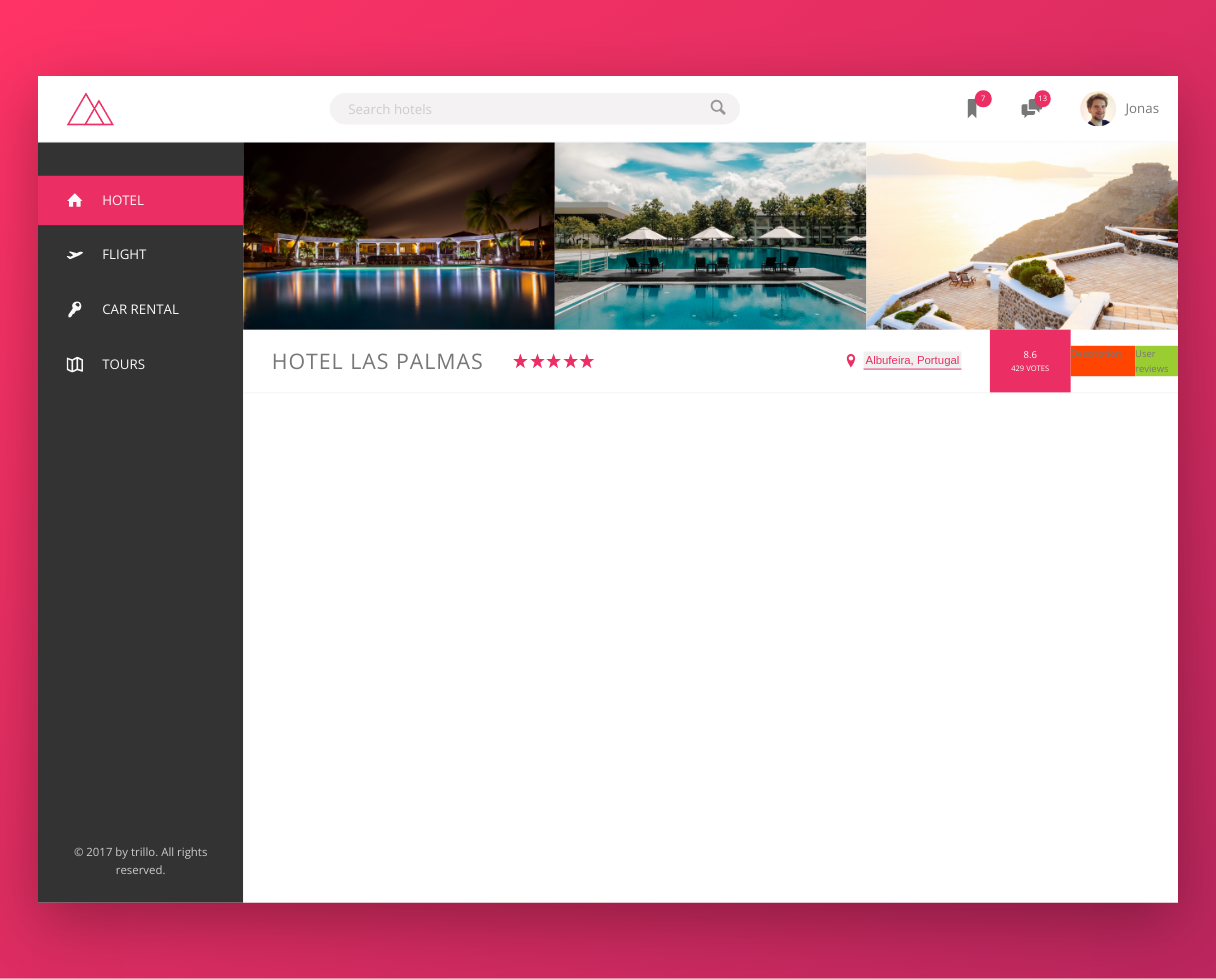
Repository: MalgorzataMazur/Trillo
Page: index.html
These files come from the project's save history. The page is drawn as it stood at one moment and after the next save; the edit follows.
The browser window is 1280 px wide. The pictures show the whole page, at 95% of full size.
The style sheet was rebuilt from its Sass, Less or Tailwind sources for each picture, by a compiler version that may differ from the author's.

Above is the page before, as saved 2020-03-27 18:13:19.

### index.html
<!DOCTYPE html>
<html lang="en">
    <head>
        <meta charset="UTF-8">
        <meta name="viewport" content="width=device-width, initial-scale=1.0">

        <link href="https://fonts.googleapis.com/css?family=Open+Sans:300,400,600" rel="stylesheet">
        <link rel="stylesheet" href="css/style.css">
        <link rel="shortcut icon" type="image/png" href="img/favicon.png">

        <title>trillo &mdash; Your all-in-one booking app</title>
    </head>
    <body>
        <div class="container">
            <header class="header">
                <img src="img/logo.png" alt="trillo logo" class="logo">

                <form action="#" class="search">
                    <input type="text" class="search__input" placeholder="Search hotels">
                    <button class="search__button">
                        <svg class="search__icon">
                            <use xlink:href="img/sprite.svg#icon-magnifying-glass"></use> <!--include svg -->
                        </svg>
                    </button>
                </form>

                <nav class="user-nav">
                    <div class="user-nav__icon-box">
                        <svg class="user-nav__icon">
                            <use xlink:href="img/sprite.svg#icon-bookmark"></use>
                        </svg>
                        <span class="user-nav__notification">7</span>
                    </div>
                    <div class="user-nav__icon-box">
                        <svg class="user-nav__icon">
                            <use xlink:href="img/sprite.svg#icon-chat"></use>
                        </svg>
                        <span class="user-nav__notification">13</span>
                    </div>
                    <div class="user-nav__user">
                        <img src="img/user.jpg" alt="User photo" class="user-nav__user-photo">
                        <span class="user-nav__user-name">Jonas</span>
                    </div>
                </nav>
            </header>
            <div class="content">
                <nav class="sidebar">
                    <ul class="side-nav">
                        <li class="side-nav__item side-nav__item--active">
                            <a href="#" class="side-nav__link">
                                <svg class="side-nav__icon">
                                    <use xlink:href="img/sprite.svg#icon-home"></use>
                                </svg>
                                <span>Hotel</span>
                            </a>
                        </li>
                        <li class="side-nav__item">
                            <a href="#" class="side-nav__link">
                                <svg class="side-nav__icon">
                                    <use xlink:href="img/sprite.svg#icon-aircraft-take-off"></use>
                                </svg>
                                <span>Flight</span>
                            </a>
                        </li>
                        <li class="side-nav__item">
                            <a href="#" class="side-nav__link">
                                <svg class="side-nav__icon">
                                    <use xlink:href="img/sprite.svg#icon-key"></use>
                                </svg>
                                <span>Car rental</span>
                            </a>
                        </li>
                        <li class="side-nav__item">
                            <a href="#" class="side-nav__link">
                                <svg class="side-nav__icon">
                                    <use xlink:href="img/sprite.svg#icon-map"></use>
                                </svg>
                                <span>Tours</span>
                            </a>
                        </li>
                    </ul>

                    <div class="legal">
                        &copy; 2017 by trillo. All rights reserved. <!-- html entity -->
                    </div>
                </nav>


                <main class="hotel-view">
                    <div class="gallery">
                        <figure class="gallery__item">
                            <img src="img/hotel-1.jpg" alt="Photo of hotel 1" class="gallery__photo">
                        </figure>
                        <figure class="gallery__item">
                            <img src="img/hotel-2.jpg" alt="Photo of hotel 2" class="gallery__photo">
                        </figure>
                        <figure class="gallery__item">
                            <img src="img/hotel-3.jpg" alt="Photo of hotel 3" class="gallery__photo">
                        </figure>
                    </div>

                    <div class="overview">
                        <h1 class="overview__heading">
                            Hotel Las Palmas
                        </h1>

                        <div class="overview__stars">
                            <svg class="overview__icon-star">
                                <use xlink:href="img/sprite.svg#icon-star"></use>
                            </svg>
                            <svg class="overview__icon-star">
                                <use xlink:href="img/sprite.svg#icon-star"></use>
                            </svg>
                            <svg class="overview__icon-star">
                                <use xlink:href="img/sprite.svg#icon-star"></use>
                            </svg>
                            <svg class="overview__icon-star">
                                <use xlink:href="img/sprite.svg#icon-star"></use>
                            </svg>
                            <svg class="overview__icon-star">
                                <use xlink:href="img/sprite.svg#icon-star"></use>
                            </svg>
                        </div>

                        <div class="overview__location">
                            <svg class="overview__icon-location">
                                <use xlink:href="img/sprite.svg#icon-location-pin"></use>
                            </svg>
                            <button class="btn-inline">Albufeira, Portugal</button>
                        </div>

                        <div class="overview__rating">
                            <div class="overiew__rating-average">8.6</div>
                            <div class="overview__rating-count">429 votes</div>
                        </div>

                    <div class="detail">
                        <div class="description">
                             Description
                        </div>

                        <div class="user-reviews">
                            User reviews
                        </div>
                    </div>

                </main>
            </div>

        </div>
    </body>
</html>

### sass/_base.scss
//variable will be avuialable for entire documents here, global parent of elelemnt
:root { //root pseudoclass the same like ktml but higher specifity //css custom proiperties variables I use here define in declaration bloxk remember
    --color-primary: #eb2f64;
    --color-primary-light: #FF3366;
    --color-primary-dark: #BA265D;

    --color-grey-light-1: #faf9f9;
    --color-grey-light-2: #f4f2f2;
    --color-grey-light-3: #f0eeee;
    --color-grey-light-4: #ccc;

    --color-grey-dark-1: #333;
    --color-grey-dark-2: #777;
    --color-grey-dark-3: #999;

    --shadow-dark: 0 2rem 6rem rgba(0,0,0,.3);

}

* { //first global settings *,htm, body
    margin: 0;
    padding: 0;
}

*,
*::before,
*::after {
    box-sizing: inherit;
}

html {
    box-sizing: border-box;
    font-size: 62.5%; //1rem = 10px, 10px/16px = 62.5%
}

body {
    font-family: 'Open Sans', sans-serif;
    font-weight: 400;
    line-height: 1.6;
    color: var(--color-grey-dark-2);
    background-image: linear-gradient(to right bottom, var(--color-primary-light), var(--color-primary-dark)); //gradient from the left top cornet to right bottom corner
    background-size: cover;
    background-repeat: no-repeat; //default is repeat in css

    min-height: 100vh; //min height but if height can be bigger than that will be simply bigger
}

### sass/_layout.scss
.container {
    max-width: 120rem; //container can decrease if hasn't got enough enough space to display our 120rem,;inaczej 1200px i jesli mniej to zajmie 100% szerokosci portu
    margin: 8rem auto;
    background-color: var(--color-grey-light-1);
    box-shadow: var(--shadow-dark);

    min-height: 50rem;
}

.header {
    font-size: 1.4rem;
    height: 7rem;
    background-color: #fff;
    border-bottom: 1px solid var(--color-grey-light-2);

    display: flex; //cause it is parent element
    justify-content: space-between; // divide empty space between 3 elements
    align-items: center; //wzdłuż osi poprzecznej center
}

.content {
    display: flex;
}

.sidebar {
    background-color: var(--color-grey-dark-1);

    flex: 0 0 18%; //don't want to grow & shrink & we want 18% of width; automatic wil be

    display: flex;
    flex-direction: column; //change the direction of the main axis from left to right to top to bottom
    justify-content: space-between;
}

.hotel-view {
    background-color: #fff;
    ////test
    height: 80rem;

    flex: 1; //by using flex 1 element should grow as much as that can; na tyle ile ma przestrzeni
}

.detail {
    display: flex;
}

.description {
    background-color: orangered;
    flex: 0 0 60%;
}

.user-reviews {
    background-color: yellowgreen;
}

### sass/_components.scss
/////////////////////////////////
////LOGO
.logo {
    height: 3.5rem;
    margin-left: 3rem;
}



/////////////////////////////////
////SEARCH
.search {
    flex: 0 0 40%; //grow shrink occupy

    display: flex;//flex item is becoming flex container,; we center loop icon btn
    align-items: center; //center elem along the cross axis
    justify-content: center; //center elem along the main axis

    &__input {
        font-family: inherit;
        font-size: inherit;
        color: inherit;
        background-color: var(--color-grey-light-2);
        border: none;
        border-radius: 100px;
        padding: .7rem 2rem;
        width: 90%;
        transition: all .2s;
        margin-right: -3.25rem; //this way the btn move on top of input

        &:focus {
            outline: none;
            width: 100%;
            background-color: var(--color-grey-light-3);
        }

        &::-webkit-input-placeholder {
            font-weight: 100;
            color: var(--color-grey-light-4);
        }
    }

    &__input:focus + &__button { //sibling, adjust element; the same backgr color
        background-color: var(--color-grey-light-3);
    }

    &__button {
        border: none;
        background-color: var(--color-grey-light-2);

        &:focus {
            outline: none;
        }

        &:active {
            transform: translate(2px);
        }
    }

    &__icon {
        height: 2rem;
        width: 2rem;
        fill: var(--color-grey-dark-3);
}
}



/////////////////////////////////
////USER NAVIGATION
.user-nav {
    align-self: stretch; //żeby one sie rozciagaly, is like align items but for one individual item; ovverite in header align item center

    display: flex; //flex item on the sam etime is flex container
    align-items: center;

    & > * {
        padding: 0 2rem;
        cursor: pointer;
        display: flex;
        height: 100%;
        align-items: center; //when we hoover thy arent on the top; vertical align
   }

    & > *:hover {
        background-color: var(--color-grey-light-2);
    }

    &__icon-box {
        position: relative;
    }

    &__icon {
        height: 2.25rem;
        width: 2.25rem;
        fill: var(--color-grey-dark-2);
    }

    &__notification {
        font-size: .8rem;
        height: 1.75rem;
        width: 1.75rem;
        border-radius: 50%;
        background-color: var(--color-primary);
        color: #fff;
        position: absolute; //parent elememnt is iconbox relative
        top: 1.5rem;
        right: 1.1rem;

        display: flex;
        justify-content: center;
        align-items: center;
    }

    &__user-photo {
        height: 3.75rem;
        border-radius: 50%;
        margin-right: 1rem;
    }
}



/////////////////////////////////
////SIDE NAVIGATION
.side-nav {
    font-size: 1.4rem;
    list-style: none;
    margin-top: 3.5rem;

    &__item {
        position: relative;

        &:not(:last-child) { //all the items except the last one
            margin-bottom: .5rem;
        }
    }

    &__item::before { //line becpmes invisible which then expands to the right side
        content: "";
        position: absolute;
        top: 0;
        left: 0;
        height: 100%;
        width: 3px;
        background-color: var(--color-primary);
        transform: scaleY(0); //normal state without any hover
        transition: transform .2s, //first transform ghappens during .2s & we wait this time .2s until we start transitioning the width .4s
                    width .4s cubic-bezier(1,0,0,1) .2s,
                    background-color .1s; //we can set diffrent settings for diffrent properties. we can have the staged animations where first the transform happens then the width
    }

    &__item:hover::before,
    &__item--active::before {
        transform: scaleY(1); //only occurs Y direction from top to bottom
        width: 100%;
    }

    &__item:active::before {
        background-color: var(--color-primary-light);
    }

    &__link:link,
    &__link:visited {
        color: var(--color-grey-light-1);
        text-decoration: none;
        text-transform: uppercase;
        display: block;
        padding: 1.5rem 3rem;
        position: relative; //on top of the before elem after hover

        display: flex;
        align-items: center; //ikony równo z napisem z listy
    }

    &__icon {
        width: 1.75rem;
        height: 1.75rem;
        margin-right: 2rem;
        fill: currentColor; //means color ofthe current elelemnt or the parent element
    }
}



/////////////////////////////////
////LEGAL TEXT
.legal {
    font-size: 1.2rem;
    color: var(--color-grey-light-4);
    text-align: center;
    padding: 2.5rem;
}



/////////////////////////////////
////SIDE NAVIGATION
.gallery {
    display: flex;

    &__photo {
        width: 100%;
        display: block;
    }
}



/////////////////////////////////
////SIDE NAVIGATION
.overview {
    display: flex; // justify-content: space-between; //evenly distribute all the elements along the main axis
    align-items: center;
    border-bottom: 1px solid var(--color-grey-light-2);

    &__heading {
        font-size: 2.25rem;
        font-weight: 300;
        text-transform: uppercase;
        letter-spacing: 1px;
        padding: 1.5rem 3rem;
    }

    &__stars {
        // flex: 1;
        margin-right: auto; //we created the space without actually stretching out this entire element; element only occypying the space that it needs here
        display: flex;    }

    &__icon-star,
    &__icon-location {
        width: 1.75rem;
        height: 1.75rem;
        fill: var(--color-primary);
    }

    &__location {
        font-size: 1.2rem;
        display: flex;
        align-items: center;
    }

    &__icon-location {
        margin-right: .5rem;
    }

    &__rating {
        background-color: var(--color-primary);
        color: #fff;
        margin-left: 3rem;
        padding: 0 2.25rem;
        align-self: stretch; //occupy all the space that it has available

        display: flex;
        flex-direction: column;
        align-items: center;
        justify-content: center;
    }

    &__rating-average {
        font-size: 2.25rem;
        font-weight: 300;
        margin-bottom: -3px;
    }

    &__rating-count {
        font-size: .8rem;
        text-transform: uppercase;
    }
}



/////////////////////////////////
////BUTTON-LINE
.btn-inline {
    border: none;
    color: var(--color-primary);
    font-size: inherit;
    border-bottom: 1px solid currentColor;
    padding: 2px;
    display: inline-block;
    background-clip: transparent;
    cursor: pointer;
    transition: all .2s;

    &:hover {
        color: var(--color-grey-dark-1); //when hover the border becomes the exact same color as the tex
    }

    &:focus {
        outline: none;
        animation: pulsate 1s infinite;
    }
}

@keyframes pulsate {
    0% { //normal state
        transform: scale(1);
        box-shadow: none;
    }

    50% { //scale a little bit
        transform: scale(1.05);
        box-shadow: 0 1rem 4rem rgba(0,0,0,.25);
    }

    100% { //back to the normal
        transform: scale(1);
        box-shadow: none;
    }
}

Loaded but not shown: sass/main.scss (common file)

After the next save:
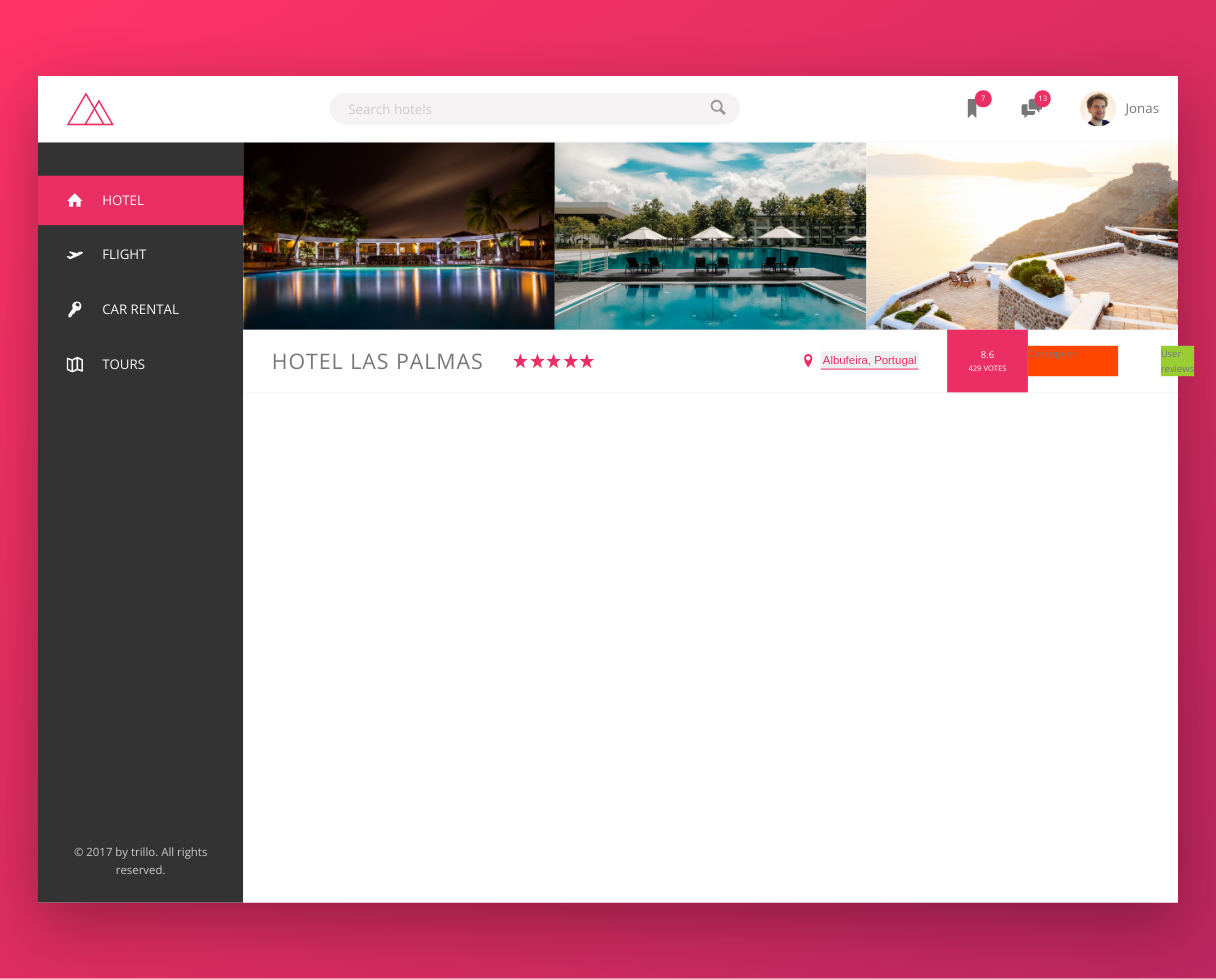
Saved 68 s later.
--- a/sass/_layout.scss
+++ b/sass/_layout.scss
@@ -47,8 +47,10 @@
 .description {
     background-color: orangered;
     flex: 0 0 60%;
+    margin-right: 4.5rem;
 }
 
 .user-reviews {
     background-color: yellowgreen;
+    flex: 1;
 }
